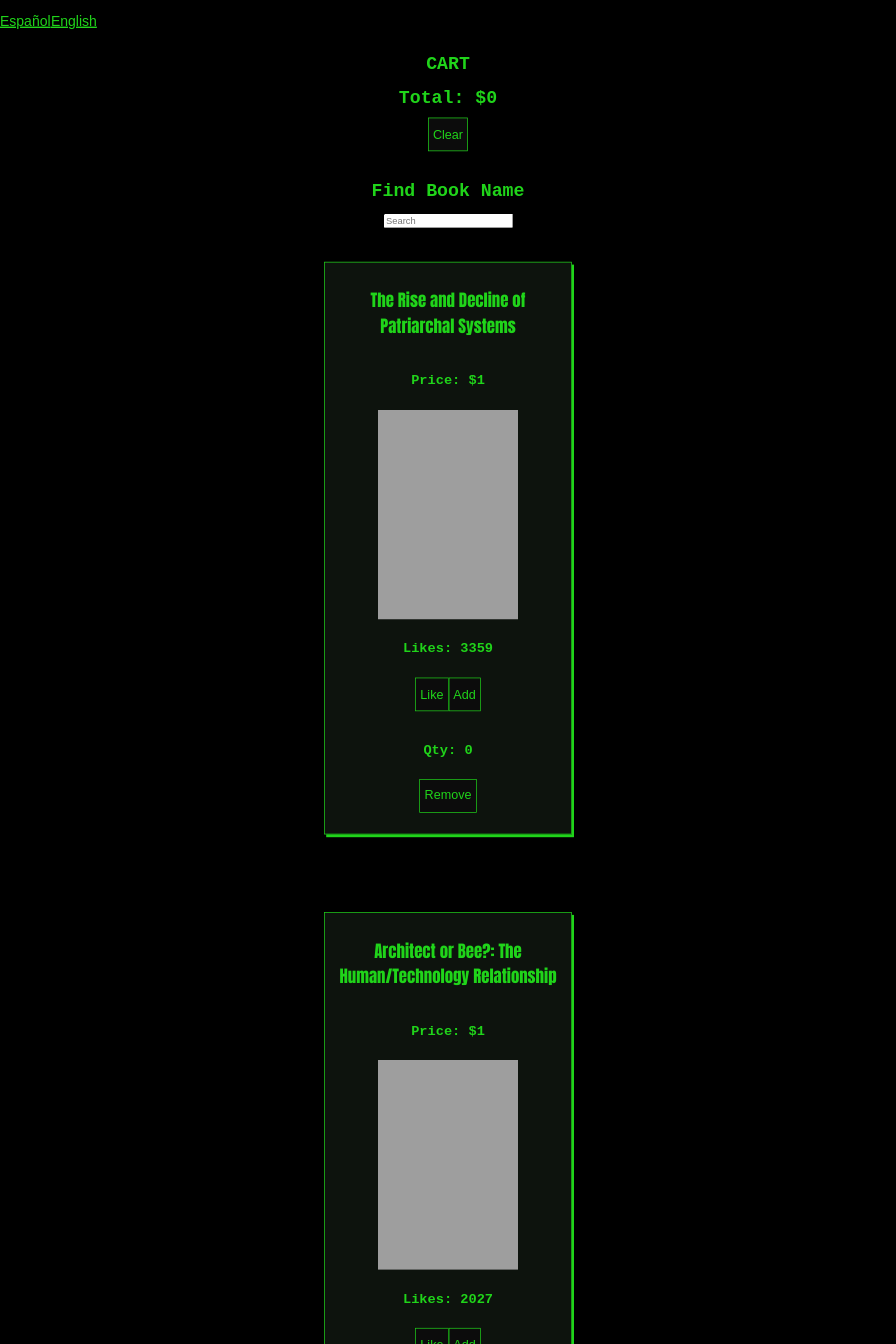
Repository: rvelarden/React-Hooks-UtopianTech-Bookstore
Page: / (app in utopiantech/)
The author's editor kept a copy of each file at every save. The page is drawn from the files as they stood at one save, then again after the next save.
The browser window is 1280 px wide. The pictures show the part of the page from y = 0 to 1920 px (the page is 7758 px tall before and 7790 px after), at 70% of full size.
Pictures or frames that could not be fetched are drawn as grey boxes. The project was rebuilt for these pictures with package versions that can differ from the ones it lists, and the page was loaded fresh each time. A package was used in the major version that the imports need, not the one package.json lists. Also part of the build but not shown: utopiantech/src/components/Shop.js, utopiantech/src/components/Spanish.js.

Above is the page before, as saved 2021-11-24 14:47:56.

### utopiantech/src/App.js
import React from 'react';
import './App.css';
import { BrowserRouter as Router, Route, Switch } from 'react-router-dom'
import Shop from "./components/Shop";
import Spanish from "./components/Spanish"
import Navbar from "./components/Navbar"
import SearchBar from "./components/SearchBar";
import BookList from './components/BookList';

const allItems = [
  {
    id: 1,
    name: "The Rise and Decline of Patriarchal Systems",
    image: "https://img.thriftbooks.com/api/images/i/m/8ECA8C9BAF351D13622ADFFBFA8A5D4E2BAABAFF.jpg",
    likes: 3359,
    price: 1,
    category: 'Social Studies'
  },
  {
    id: 2,
    name: "Architect or Bee?: The Human/Technology Relationship",
    image: "https://i.pinimg.com/originals/73/73/d8/7373d864a3dcb4534dc00fda64483674.jpg",
    likes: 2027,
    price: 1,
    category: 'Social Studies'
  },
  {
    id: 3,
    name: "Utopia for Realists: How We Can Build the Ideal World",
    image: "https://images-na.ssl-images-amazon.com/images/I/51CJA6QHtKL._SY291_BO1,204,203,200_QL40_FMwebp_.jpg",
    likes: 813,
    price: 1,
    category: 'Computer Science'
  },
  {
    id: 4,
    name: "Ada's Algorithm: How Lord Byron's Daughter ADA Lovelace Launched the Digital Age",
    image: 'https://img.thriftbooks.com/api/images/m/0bb4a32fefff1ec9c627527f6feb36668f62783b.jpg',
    likes: 7777,
    price: 1,
    category: 'Computer Science'
  },
  {
    id: 5,
    name: "Turing's Vision: The Birth of Computer Science (The MIT Press)",
    image: "https://images-na.ssl-images-amazon.com/images/I/411cTz90bFL._SY291_BO1,204,203,200_QL40_FMwebp_.jpg",
    likes: 1000,
    price: 1,
    category: 'Computer Science'
  },
  {
    id: 6,
    name: "Alan Turing: The Enigma: The Centenary Edition",
    image: "https://img.thriftbooks.com/api/images/m/6da6b05beb1f54981b588ee2a84e6f0b13a436f9.jpg",
    likes: 2000,
    price: 1,
    category: 'Computer Science'
  },
  {
    id: 8,
    name: "Ada Lovelace: The Making of a Computer Scientist",
    image: "https://images-na.ssl-images-amazon.com/images/I/51G-h1wZ7xL._SX218_BO1,204,203,200_QL40_FMwebp_.jpg",
    likes: 2000,
    price: 1,
    category: 'Computer Science'
  },
  {
    id: 9,
    name: "If Then: How the Simulmatics Corporation Invented the Future",
    image: "https://images-na.ssl-images-amazon.com/images/I/41wf6nnKIBL._SY291_BO1,204,203,200_QL40_FMwebp_.jpg",
    likes: 8000,
    price: 1,
    category: 'Business'
  }
]

export default class App extends React.Component {


  state = {
    searchText: '',
    books: allItems
  }

  searchBarText = (allItems)=>{
    // console.log(allItems)
    this.setState({
      searchText: allItems
    })
  }
  render(){
    const filteredBooks = this.state.books.filter(filterBook => filterBook.name.toLowerCase().includes(this.state.searchText))
  return (
    <Router>
      <div>
        <Navbar/>
        <div>
        <Switch>
        <Route exact path="/">
        {/* <Shop /> */}
        <SearchBar searchBar={this.searchBarText} searchText={this.state.searchText}/>
        <BookList books={filteredBooks}/>
        </Route>
        <Route path="/spanish">
        <Spanish />
        </Route>
      </Switch>
    </div>
    </div>
    </Router>
  )
}

}

### utopiantech/src/App.css
body {
  margin: 0;
  /* font-family: monospace; */
  background-color: black;
}

#book-header {
  display: flex;
  justify-content: center;
  background: #20d41a;
  opacity: .8;
  height: 7rem;
  padding: 1rem;
}

#book-header img {
  height: 6rem;
  width: auto;
}

#book-collection {
  margin: 2rem;
}

.card {
  text-align: center;
  border: #20d41a solid 1px;
  padding: 1rem;
  width: 20rem;
  height: 49rem;
  display: inline-grid;
  margin: 3rem 5rem;
  box-shadow: 3px 4px #20d41a;
  background-color: #0d130d;
  /* font-family: monospace; */
}

.font-text{
  font-family: Impact, Haettenschweiler, 'Arial Narrow Bold', sans-serif;
  color: #20d41a;
}
.font-text-text{
  font-family: monospace;
  color: #20d41a;
  background-color: black;
}

.book-avatar {
  justify-self: center;
  height: 15rem;
  width: auto;

}
.color-white {
  color:#20d41a
}

button {
  position: relative;
  background-color: #0c0c0c;
  border: none;
  height: 3rem;
  width: max-content;
  color: #20d41a;
  font-size: 18px;
  justify-self: center;
  border: #20d41a solid 1px;
}

.buttonContainer {
  text-align: center;
  padding: 1rem;
}
.textleft {
  text-align: center;
  padding: 1rem;
}

button:hover {
  background-color: rgb(48, 46, 46);
  border: #20d41a solid 1px;
  color: 20d41a;
}

.container {
  padding: 1rem;
  width: stretch;
  height: auto;
  background: #20d41a;
  opacity: .8;
}

.add-book-form {
  width: 80%
}

.submit {
  position: relative;
  background-color: #20d41a;
  height: 2rem;
  width: max-content;
  color: #20d41a;
  font-size: 18px;
  justify-self: center;
  /* font-family: monospace; */
  margin: 3px;
}

.submit:hover {
  background-color: whitesmoke;
  border: #20d41a solid 1px;
  color: #20d41a;
}


.input-text {
  border-radius: 5px;
  height: 2rem;
  width: 60%;
  font-size: 18px;
  font-family: monospace;
  margin: 3px;
  color: #20d41a;
}

.center-text {
  text-align: center;
}

.center-button {
  /* margin: 0; */
  /* position: absolute; */
  /* top: 50%; */
  left: 50%;
  -ms-transform: translate(-50%, -50%);
  transform: translate(-50%, -50%);
}

a{
  /* left: 72%; */
  font-size: 20px;
  /* position:initial; */
  /* margin: 0; */
  font-family: sans-serif;
  /* padding: 0; */
  /* width: 100%; */
  /* display: inline; */
  /* outline: none; */
  /* text-decoration: none; */
  display: inline-block;
  width: 5.5%;
  margin-right: 0.625%;
  text-align: center;
  line-height: 3;
  color: #20d41a;
  margin-right: 0;
  /* background: whitesmokeow; */
  /* border: #1938e7 solid 1px; */
}

a:hover{
  color:#20d41a
}

### utopiantech/src/components/Navbar.js
import React, { Component } from 'react';

const Navbar = ()=>{
    const [cart, setCart] = React.useState([]);
    const cartTotal = cart.reduce((total, { price = 0 }) => total + price, 0);
    return(
        <div>
        <a href='/spanish' >Español</a>
        <a href='/' >English</a>

        <h1 className="center-text font-text-text">CART</h1>
            <h1 className="center-text font-text-text">Total: ${cartTotal}</h1>
            <div>
            <br></br>
            <button className="center-button" onClick={() => setCart([])}>Clear</button>
            </div>
        </div>
    )
}

export default Navbar

### utopiantech/src/components/SearchBar.js
import React, { useCallback, useEffect, useState } from "react";




  const Search = (props) => {


    return (
      <div className="center-text font-text-text">

        <div className="bannersingle" >
              <h1>Find Book Name</h1>
          </div>
        <div >
          <input
           type="text"
           placeholder={"Search"}
           className="searchInput"
           onChange={(e) => props.searchBar(e.target.value)}
          />
        </div>

      </div>
    );
  };

  export default Search;

### utopiantech/src/components/BookList.js
import React, { Component } from "react"
import Book from "./Book.js"
import { Header, Button } from 'semantic-ui-react'

class BookList extends Component {


    render() {
    return (
        <div>
            {this.props.books.map(bookItem => <Book book={bookItem} />)}
        </div>


    )
      }
}

export default BookList

### utopiantech/src/components/Book.js
import React, { Component, useCallback } from 'react';


const allItems = [
    {
      id: 1,
      name: "The Rise and Decline of Patriarchal Systems",
      image: "https://img.thriftbooks.com/api/images/i/m/8ECA8C9BAF351D13622ADFFBFA8A5D4E2BAABAFF.jpg",
      likes: 3359,
      price: 1,
      category: 'Social Studies'
    },
    {
      id: 2,
      name: "Architect or Bee?: The Human/Technology Relationship",
      image: "https://i.pinimg.com/originals/73/73/d8/7373d864a3dcb4534dc00fda64483674.jpg",
      likes: 2027,
      price: 1,
      category: 'Social Studies'
    },
    {
      id: 3,
      name: "Utopia for Realists: How We Can Build the Ideal World",
      image: "https://images-na.ssl-images-amazon.com/images/I/51CJA6QHtKL._SY291_BO1,204,203,200_QL40_FMwebp_.jpg",
      likes: 813,
      price: 1,
      category: 'Computer Science'
    },
    {
      id: 4,
      name: "Ada's Algorithm: How Lord Byron's Daughter ADA Lovelace Launched the Digital Age",
      image: 'https://img.thriftbooks.com/api/images/m/0bb4a32fefff1ec9c627527f6feb36668f62783b.jpg',
      likes: 7777,
      price: 1,
      category: 'Computer Science'
    },
    {
      id: 5,
      name: "Turing's Vision: The Birth of Computer Science (The MIT Press)",
      image: "https://images-na.ssl-images-amazon.com/images/I/411cTz90bFL._SY291_BO1,204,203,200_QL40_FMwebp_.jpg",
      likes: 1000,
      price: 1,
      category: 'Computer Science'
    },
    {
      id: 6,
      name: "Alan Turing: The Enigma: The Centenary Edition",
      image: "https://img.thriftbooks.com/api/images/m/6da6b05beb1f54981b588ee2a84e6f0b13a436f9.jpg",
      likes: 2000,
      price: 1,
      category: 'Computer Science'
    },
    {
      id: 8,
      name: "Ada Lovelace: The Making of a Computer Scientist",
      image: "https://images-na.ssl-images-amazon.com/images/I/51G-h1wZ7xL._SX218_BO1,204,203,200_QL40_FMwebp_.jpg",
      likes: 2000,
      price: 1,
      category: 'Computer Science'
    },
    {
      id: 9,
      name: "If Then: How the Simulmatics Corporation Invented the Future",
      image: "https://images-na.ssl-images-amazon.com/images/I/41wf6nnKIBL._SY291_BO1,204,203,200_QL40_FMwebp_.jpg",
      likes: 8000,
      price: 1,
      category: 'Business'
    }
  ]


const Book = (props) => {
    const [cart, setCart] = React.useState([]);
    const [items, setItems] = React.useState(allItems)
    const [text, setText] = React.useState(false)
    const addToCart = (item) => setCart((currentCart) => [...currentCart, item])
    // const cartTotal = cart.reduce((total, { price = 0 }) => total + price, 0);

    const removeFromCart = (item) => {
        setCart((currentCart) => {
          const indexOfItemToRemove = currentCart.findIndex((cartItem) => cartItem.id === item.id);

          if (indexOfItemToRemove === -1) {
            return currentCart;
          }

          return [
            ...currentCart.slice(0, indexOfItemToRemove),
            ...currentCart.slice(indexOfItemToRemove + 1),
          ];
        });
      };

      const amountOfItems = (id) => cart.filter((item) => item.id === id).length;

    const updateLike = useCallback(

        (item) => {
         setItems(items.map(indItem => {
            if (indItem !== item) {
              return indItem
            } else {
              return {...item, likes: item.likes + 1}
            }
          }))
      },
      [], // Tells React to memoize regardless of arguments.
      )


      return(
            <div className="center-text font-text-text">
            <div  key={props.book.id} className="card">
            <div className="font-text"><h2>{`${props.book.name}`}</h2></div>
            <h2>{`Price: $${props.book.price}`}</h2>
            <img src={props.book.image} style={{ width: "200px", height: "300px", objectFit: "cover" }} className="book-avatar" />
            <h2>Likes: {props.book.likes}</h2>
            <div>
            <button disable={items.disable} text={items.text} onClick={()=> updateLike(props.book)}> {text ? "Liked!" : "Like"} </button>
            <button type="submit" onClick={() => addToCart(props.book)}> Add </button>
            </div>
            <div>

            </div>
            <h2>Qty: {amountOfItems(props.book.id)}</h2>
            <button type="submit" onClick={() => removeFromCart(props.book)}> Remove </button>
            </div>
            {/* <h1 className="center-text font-text-text">CART</h1>  */}
            {/* <h1 className="center-text font-text-text">Total: ${cartTotal}</h1> */}
            <div>
            <br></br>
            {/* <button className="center-button" onClick={() => setCart([])}>Clear</button> */}
            </div>
            </div>
      )
    }

  export default Book

Loaded but not shown: utopiantech/public/index.html (common file); utopiantech/src/index.js (common file); utopiantech/src/index.css (common file); utopiantech/src/reportWebVitals.js (common file)

After the next save:
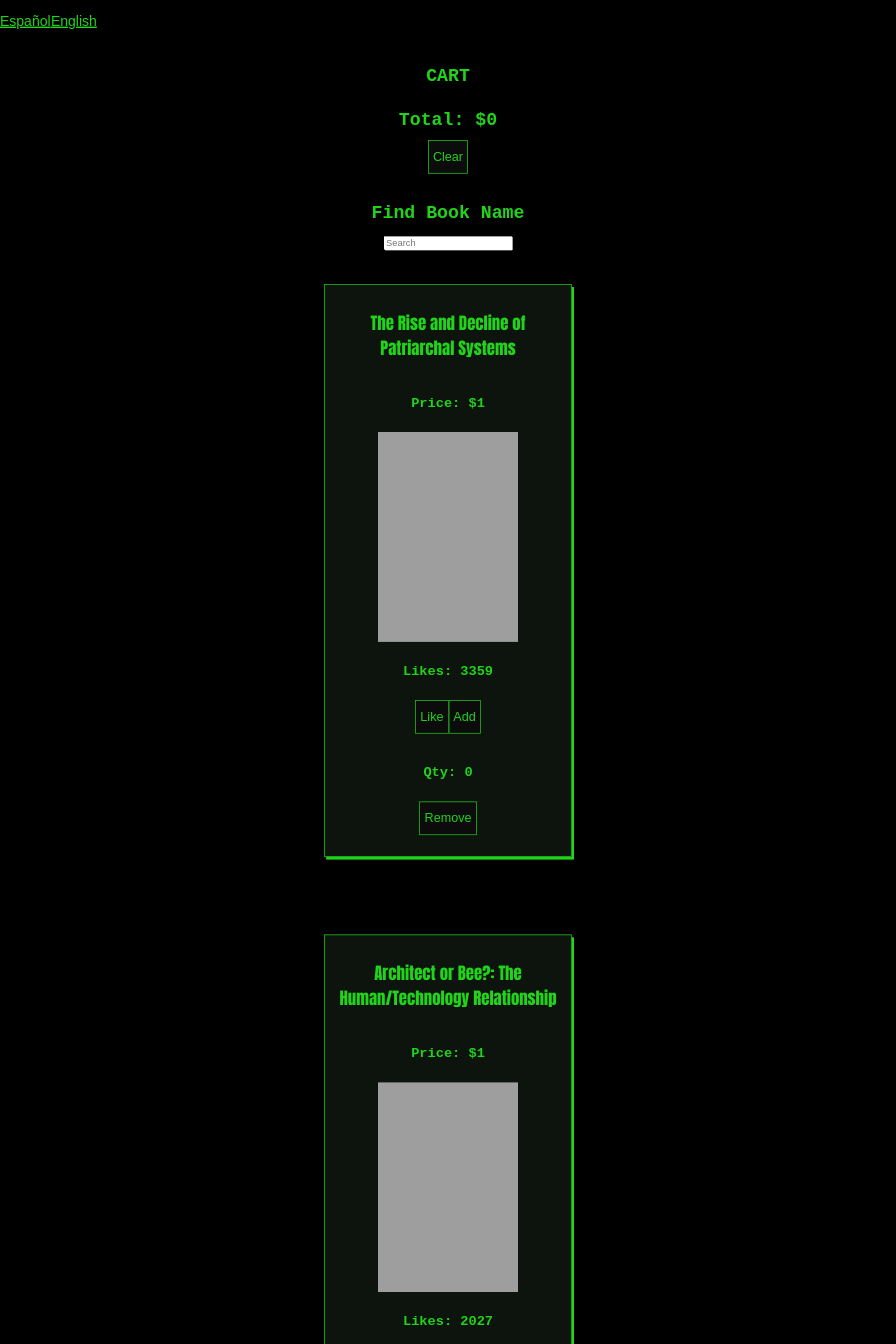
Saved 15 s later.
--- a/utopiantech/src/components/Navbar.js
+++ b/utopiantech/src/components/Navbar.js
@@ -8,7 +8,7 @@ const Navbar = ()=>{
         <a href='/spanish' >Español</a>
         <a href='/' >English</a>
 
-        <h1 className="center-text font-text-text">CART</h1>
+        <h1 className="center-text font-text-text textleft">CART</h1>
             <h1 className="center-text font-text-text">Total: ${cartTotal}</h1>
             <div>
             <br></br>

After the save that followed:
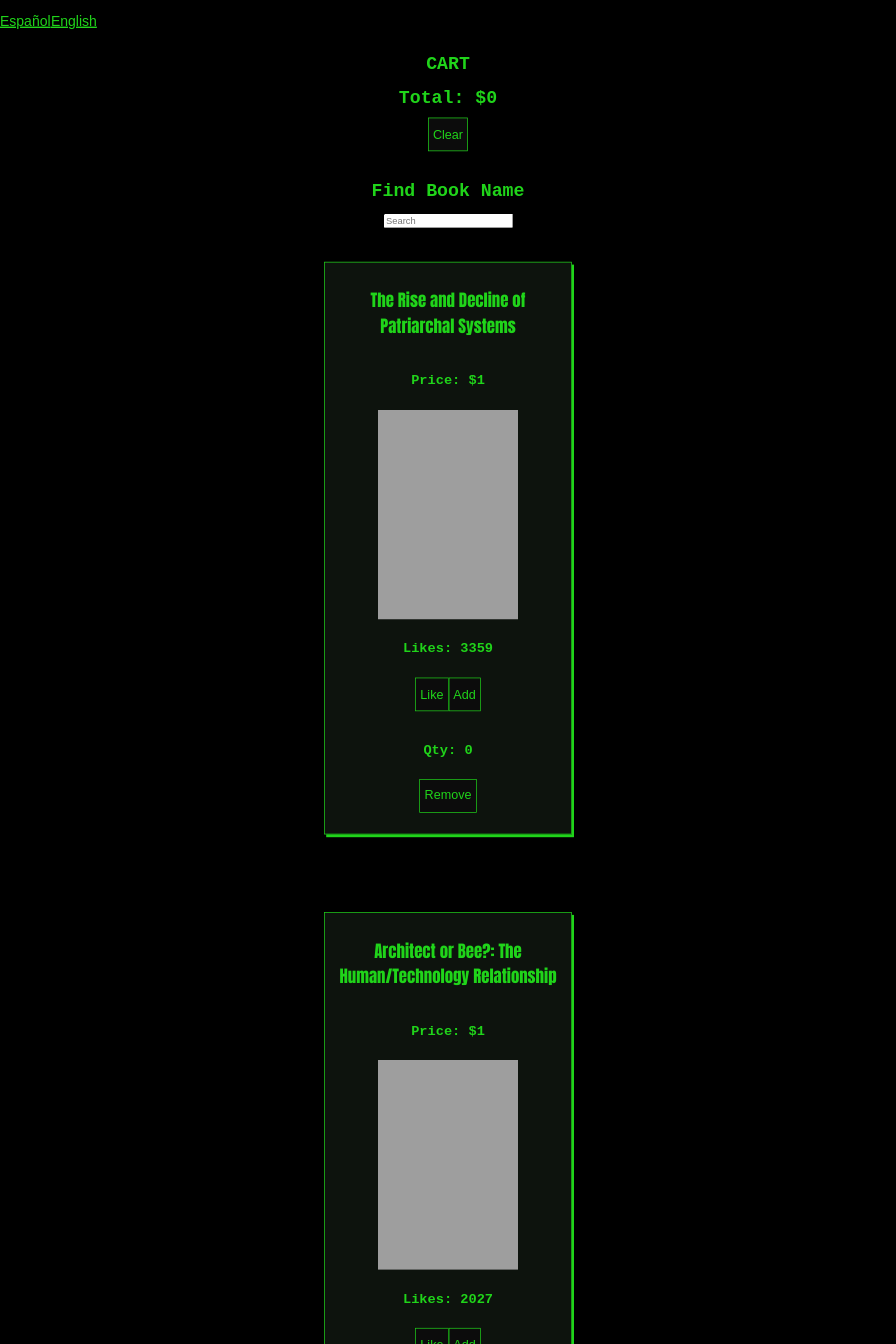
Saved 15 s later.
--- a/utopiantech/src/App.css
+++ b/utopiantech/src/App.css
@@ -73,7 +73,7 @@ button {
 }
 .textleft {
   text-align: center;
-  padding: 1rem;
+  /* padding: 1rem; */
 }
 
 button:hover {
